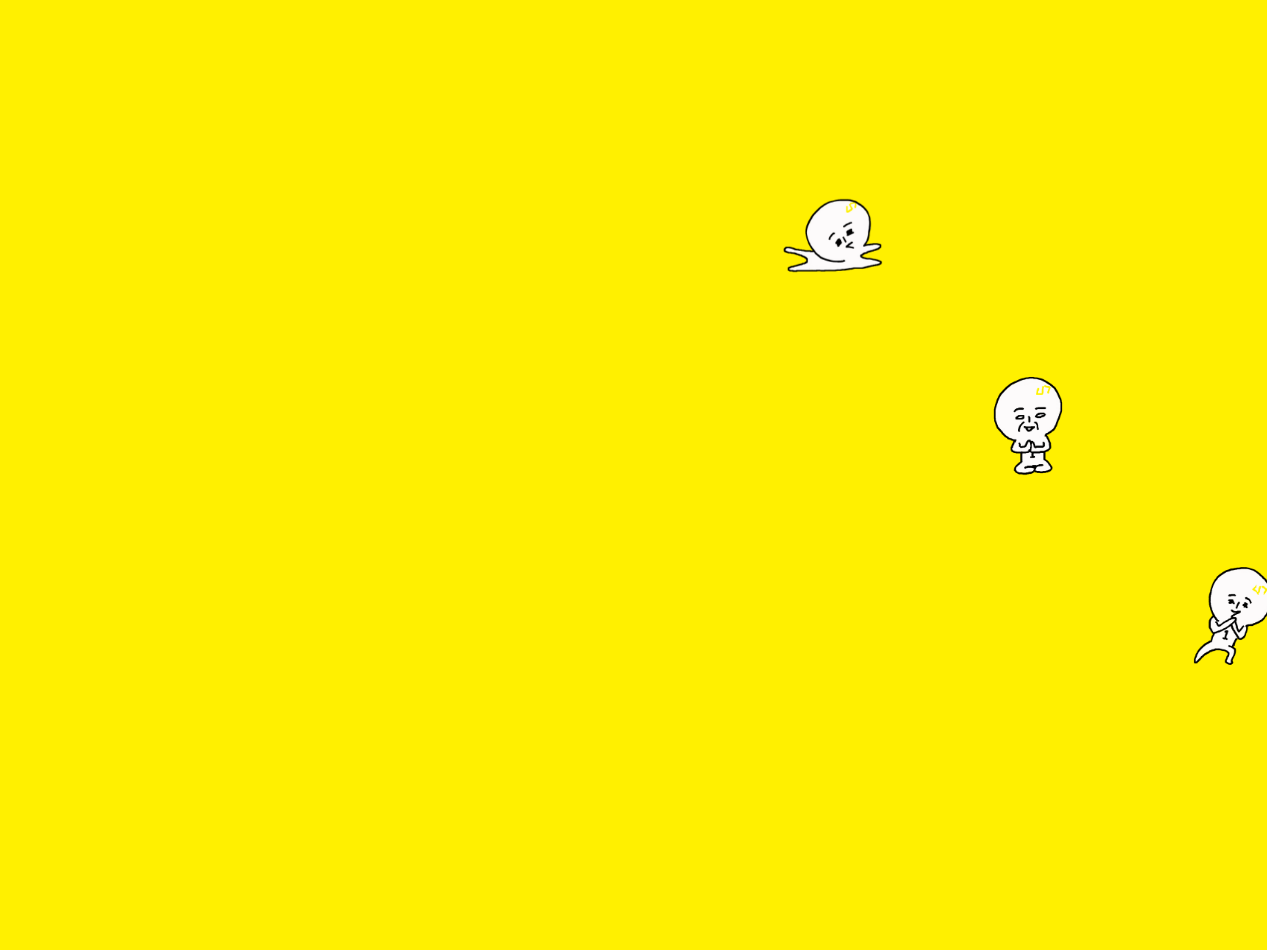
Repository: ggandory/interactiveweb
Page: Interactive_section5_4-delegation/index.html
An editor plug-in stored every save of this project. The page is shown before and after the next save, followed by the edit.
The browser window is 1280 px wide. The pictures show the whole page, at 99% of full size.

Above is the page before, as saved 2024-10-08 13:32:41.

### Interactive_section5_4-delegation/index.html
<!DOCTYPE html>
<html>
<head>
    <meta charset="UTF-8">
    <meta name="viewport" content="width=device-width, initial-scale=1.0">
    <meta http-equiv="X-UA-Compatible" content="ie=edge">
    <title>Interactive Web</title>
    <link rel="stylesheet" href="css/reset.css">
    <link rel="stylesheet" href="css/style.css">
</head>
<body>
    <div class="stage">
        <div class="ilbuni a"></div>
        <div class="ilbuni b"></div>
        <div class="ilbuni c"></div>
    </div>

    <script>
    (function() {
        // 이벤트 위임
        const stage = document.querySelector('.stage');

        function clickHandler(e) {
            if (e.target.classList.contains('ilbuni')) {
                stage.removeChild(e.target);
            }
        }

        stage.addEventListener('click', clickHandler);
    })();
    </script>
</body>
</html>

### Interactive_section5_4-delegation/css/style.css
.stage {
  /*vw, vh는 브라우저 폭, 높이
  height에다가 vw써도 됨 예를들어
  너비 높이 둘다 vw를 주면 가로 세로 비율을 정해줄 수 있긴함*/
  overflow: hidden;
  position: relative;
  width: 100vw;
  height: 75vw;
  background: #fff000;
}
@keyframes moving {
  from {
    transform: translateX(0);
  }
  to {
    transform: translateX(90vw);
  }
}
.ilbuni {
  position: absolute;
  width: 100px;
  height: 100px;
  background-repeat: no-repeat;
  background-position: 50% 50%;
  background-size: contain;
  animation: moving infinite alternate;
}
.ilbuni.a {
  left: 5%;
  bottom: 50%;
  background-image: url("../images/ilbuni_0.png");
  animation-duration: 2s;
}
.ilbuni.b {
  left: 10%;
  bottom: 70%;
  background-image: url("../images/ilbuni_1.png");
  animation-duration: 3s;
}
.ilbuni.c {
  left: 7%;
  bottom: 30%;
  background-image: url("../images/ilbuni_2.png");
  animation-duration: 4s;
}

Loaded but not shown: Interactive_section5_4-delegation/css/reset.css (common file)

After the next save:
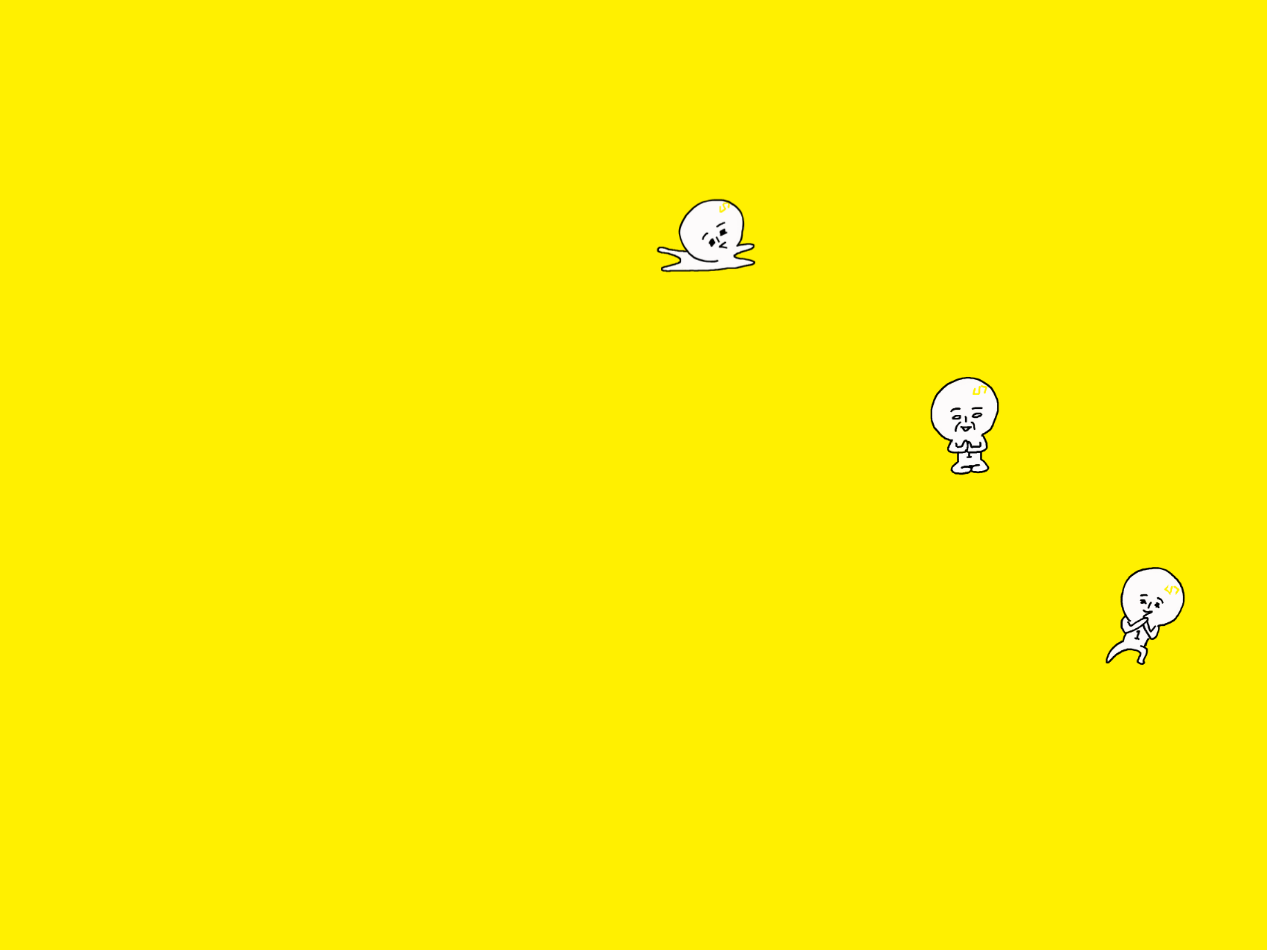
Saved 26 s later.
--- a/Interactive_section5_4-delegation/css/style.css
+++ b/Interactive_section5_4-delegation/css/style.css
@@ -26,19 +26,19 @@
   animation: moving infinite alternate;
 }
 .ilbuni.a {
-  left: 5%;
+  left: 0;
   bottom: 50%;
   background-image: url("../images/ilbuni_0.png");
   animation-duration: 2s;
 }
 .ilbuni.b {
-  left: 10%;
+  left: 0%;
   bottom: 70%;
   background-image: url("../images/ilbuni_1.png");
   animation-duration: 3s;
 }
 .ilbuni.c {
-  left: 7%;
+  left: 0%;
   bottom: 30%;
   background-image: url("../images/ilbuni_2.png");
   animation-duration: 4s;
